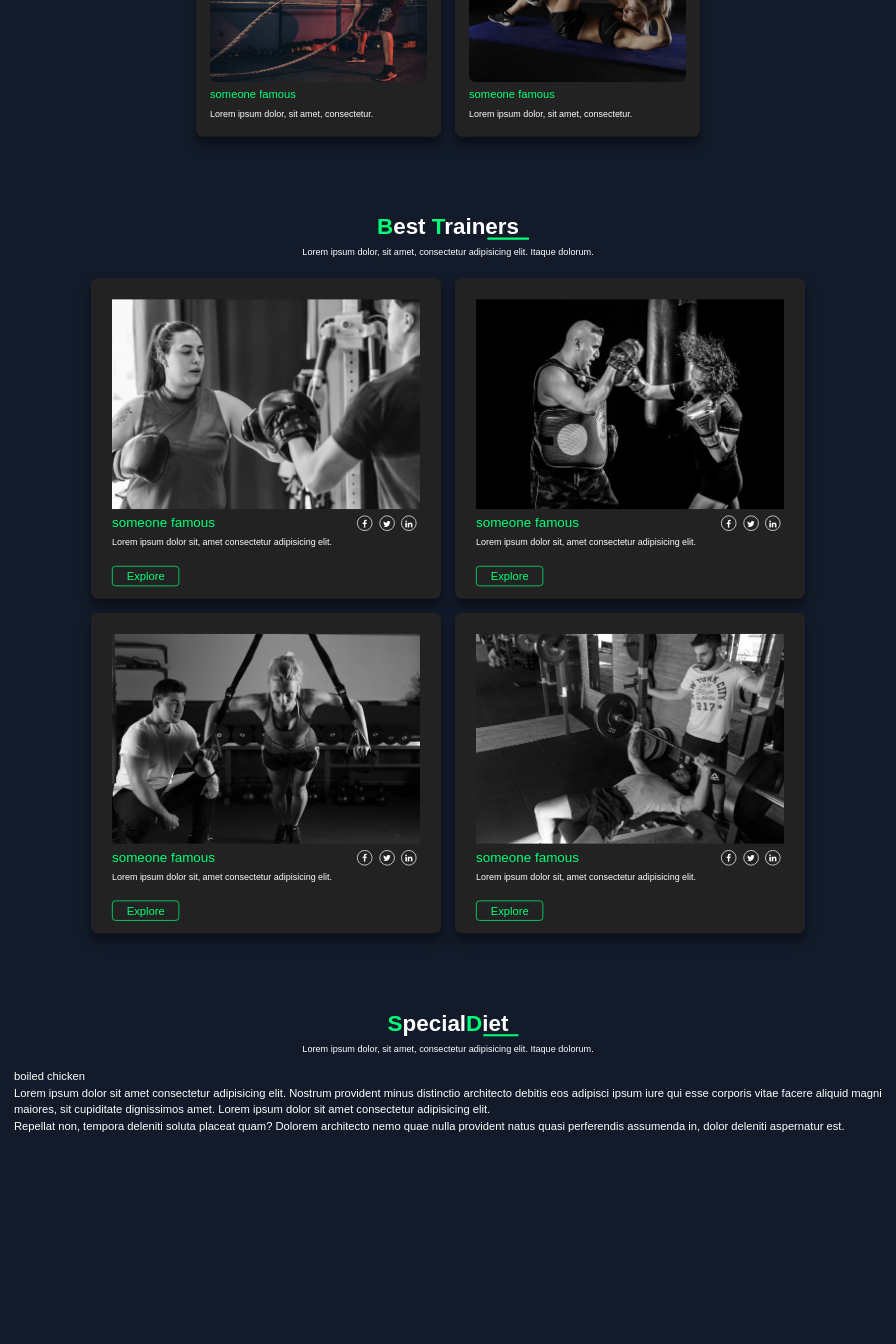
Repository: guilhermecardoso93/fitapex
Page: index.html
An editor plug-in stored every save of this project. The page is shown before and after the next save, followed by the edit.
The browser window is 1280 px wide. The pictures show the part of the page from y = 2258 to 4178 px (the page is 4178 px tall), at 70% of full size.

Above is the page before, as saved 2023-03-07 21:14:30.

### index.html
<!DOCTYPE html>
<html lang="pr-BR">
  <head>
    <meta charset="UTF-8" />
    <meta http-equiv="X-UA-Compatible" content="IE=edge" />
    <meta name="viewport" content="width=device-width, initial-scale=1.0" />
    <link rel="stylesheet" href="styles.css" />
    <link
      rel="stylesheet"
      href="https://cdnjs.cloudflare.com/ajax/libs/font-awesome/4.7.0/css/font-awesome.css"
      />
    <title>F.A GYM</title>
  </head>
  <body>
    <div class="navbar">
      <a href="#" class="logo">F<b>A</b>.</a>
      <ol>
        <li>
          <a href="#home">home</a>
        </li>
        <li>
          <a href="#about">about</a>
        </li>
        <li>
          <a href="#workout">workout</a>
        </li>
        <li>
          <a href="#trainers">trainers</a>
        </li>
        <li>
          <a href="#diet">diet</a>
        </li>
        <li>
          <a href="#contact">contact</a>
        </li>
        <li>
          <a href="#home">home</a>
        </li>
      </ol>
    </div>

    <section id="home" class="home view">
      <div class="highlights">
        <h3>feel the power with</h3>
        <h1><b>FIT</b>APEX</h1>
        <br />
        <p class="tagline">
          Lorem ipsum dolor sit amet, consectetur adipisicing elit. Totam facere
          iure recusandae? Similique, doloribus voluptatibus? Repudiandae aut
          eius mollitia exercitationem beatae eveniet expedita. Ipsa, expedita
          ipsum ipsam magnam illo quae.
        </p>
        <button class="join">join now</button>
      </div>
      <div class="banner" />
      </section>

      <section id="about" class="about view">
        <div class="main">
          <h2><span>A</span>bout Us</h2>
          <h6>
            Lorem ipsum dolor, sit amet, consectetur adipisicing elit. Itaque
            dolorum.
          </h6>
        </div>
        <div class="content">
          <div class="cols">
            <p>
              <b>L</b>orem ipsum dolor sit amet consectetur adipisicing elit.
              Consectetur non facere inventore maiores corrupti. Temporibus
              facere
              doloribus error quia, veniam alias perspiciatis accusantium, et
              asperiores pariatur iusto minus iure recusandae. Lorem ipsum,
              dolor
              sit amet consectetur adipisicing elit. Quas enim voluptate ipsum
              dolorem perferendis recusandae, quasi error illum nisi. Quod
              facilis
              necessitatibus libero perferendis voluptatum quibusdam expedita,
              maxime ab incidunt!
            </p>
            <a href="#">more</a>
          </div>
          <div class="cols">
            <div class="box">
              <img src="./assets/about.jpg" alt="" />
            </div>
          </div>
        </div>
      </section>

      <section id="workout" class="workout view">
        <div class="main">
          <h2><span>W</span>orkout</h2>
          <h6>
            Lorem ipsum dolor, sit amet, consectetur adipisicing elit. Itaque
            dolorum.
          </h6>
        </div>
        <div class="content">
          <div class="frame">
            <div class="box">
              <img src="./assets/workout1.jpg" alt="" />
            </div>
            <div class="title">someone famous</div>
            <p>Lorem ipsum dolor, sit amet, consectetur.</p>
          </div>
          <div class="frame">
            <div class="box">
              <img src="./assets/workout2.jpg" alt="" />
            </div>
            <div class="title">someone famous</div>
            <p>Lorem ipsum dolor, sit amet, consectetur.</p>
          </div>
          <div class="frame">
            <div class="box">
              <img src="./assets/workout3.jpg" alt="" />
            </div>
            <div class="title">someone famous</div>
            <p>Lorem ipsum dolor, sit amet, consectetur.</p>
          </div>
          <div class="frame">
            <div class="box">
              <img src="./assets/workout4.jpg" alt="" />
            </div>
            <div class="title">someone famous</div>
            <p>Lorem ipsum dolor, sit amet, consectetur.</p>
          </div>
          <div class="frame">
            <div class="box">
              <img src="./assets/workout5.jpg" alt="" />
            </div>
            <div class="title">someone famous</div>
            <p>Lorem ipsum dolor, sit amet, consectetur.</p>
          </div>
          <div class="frame">
            <div class="box">
              <img src="./assets/workout6.jpg" alt="" />
            </div>
            <div class="title">someone famous</div>
            <p>Lorem ipsum dolor, sit amet, consectetur.</p>
          </div>
        </div>
      </section>

      <section id="trainers" class="trainers view">
        <div class="main">
          <h2><span>B</span>est<span> T</span>rainers</h2>
          <h6>
            Lorem ipsum dolor, sit amet, consectetur adipisicing elit. Itaque
            dolorum.
          </h6>
        </div>
        <div class="content">
          <div class="frame">
            <div class="box">
              <img src="./assets/trainer1.jpg" alt="" />
            </div>
            <div class="headline">
              <div class="title">someone famous</div>
              <div class="icons">
                <i class="fa fa-facebook"></i>
                <i class="fa fa-twitter"></i>
                <i class="fa fa-linkedin"></i>
              </div>
            </div>
            <p>Lorem ipsum dolor sit, amet consectetur adipisicing elit.</p>
            <a href="">Explore</a>
          </div>
          <div class="frame">
            <div class="box">
              <img src="./assets/trainer2.jpg" alt="" />
            </div>
            <div class="headline">
              <div class="title">someone famous</div>
              <div class="icons">
                <i class="fa fa-facebook"></i>
                <i class="fa fa-twitter"></i>
                <i class="fa fa-linkedin"></i>
              </div>
            </div>
            <p>Lorem ipsum dolor sit, amet consectetur adipisicing elit.</p>
            <a href="">Explore</a>
          </div>
          <div class="frame">
            <div class="box">
              <img src="./assets/trainer3.jpg" alt="" />
            </div>
            <div class="headline">
              <div class="title">someone famous</div>
              <div class="icons">
                <i class="fa fa-facebook"></i>
                <i class="fa fa-twitter"></i>
                <i class="fa fa-linkedin"></i>
              </div>
            </div>
            <p>Lorem ipsum dolor sit, amet consectetur adipisicing elit.</p>
            <a href="">Explore</a>
          </div>
          <div class="frame">
            <div class="box">
              <img src="./assets/trainer4.jpg" alt="" />
            </div>
            <div class="headline">
              <div class="title">someone famous</div>
              <div class="icons">
                <i class="fa fa-facebook"></i>
                <i class="fa fa-twitter"></i>
                <i class="fa fa-linkedin"></i>
              </div>
            </div>
            <p>Lorem ipsum dolor sit, amet consectetur adipisicing elit.</p>
            <a href="">Explore</a>
          </div>
        </div>
      </section>

      <section id="diet" class="diet view">
        <div class="main">
          <h2><span>S</span>pecial<span>D</span>iet</h2>
          <h6>
            Lorem ipsum dolor, sit amet, consectetur adipisicing elit. Itaque
            dolorum.
          </h6>
        </div>
        <div class="content">
          <div class="row">
            <div class="cols">
              <div class="heading">
                boiled chicken
              </div>
              <p>
                Lorem ipsum dolor sit amet consectetur adipisicing elit.
                Nostrum provident minus distinctio architecto debitis eos
                adipisci ipsum iure qui esse corporis vitae facere aliquid magni
                maiores, sit cupiditate dignissimos amet. Lorem ipsum dolor sit
                amet consectetur adipisicing elit. <br> Repellat non, tempora
                deleniti soluta placeat quam? Dolorem architecto nemo quae nulla
                provident natus quasi perferendis assumenda in, dolor deleniti
                aspernatur est.
              </p>
            </div>
            <div class="cols">
              <div class="boxes">
                <img src="" alt="">
              </div>
            </div>
          </div>
        </div>
      </section>
    </body>
  </html>

### styles.css
@import url("https://fonts.googleapis.com/css2?family=Poppins:wght@400;500&display=swap");

@import "./css/_navbar.css";
@import "./css/_home.css";
@import "./css/_about.css";
@import "./css/_workout.css";
@import "./css/_trainers.css";

* {
  margin: 0;
  padding: 0;
  box-sizing: border-box;
  font-family: "Poppisns", sans-serif;
  outline: none;
  color: #fff;
  scroll-behavior: smooth;
}

:root {
  --prime: #00ff79;
}

body {
  background-color: #131b2b;
}

.view {
  width: 100%;
  min-height: 80vh;
  position: relative;
}

### css/_navbar.css

.navbar {
  width: 100%;
  display: flex;
  position: fixed;
  padding: 30px 120px;
  background-color: transparent;
  justify-content: space-between;
  z-index: 1111;
  transition: 0.5s ease;
}

.logo {
  font-size: 2.8em;
  font-weight: 800;
  letter-spacing: 2px;
  text-transform: uppercase;
  text-decoration: none;
}

.logo B{
  color: var(--prime);
}

ol {
  display: flex;
  margin: auto 0;
}

ol li {
  list-style: none;
  margin-left: 20px;
}

ol li a {
  font-size: 20px;
  font-weight:500;
  text-transform: uppercase;
  text-decoration: none;
}

ol li:hover a {
  color: var(--prime);
}

### css/_home.css
.home {
  display: flex;
  min-height: 120vh;
  align-items: center;
  justify-content: center;
  clip-path: polygon(0 0, 100% 0, 100% 100%, 80% 95%, 0 100%);
}

.banner {
  height: 100%;
  width: 100%;
  position: absolute;
  background: url("../assets/banner.jpg");
  background-size: cover;
  background-position: center;
  filter: brightness(40%);
}

.highlights {
  width: 50%;
  position: relative;
  display: inline-block;
  justify-content: center;
  z-index: 11;
}

.highlights h3 {
  display: inline;
  font-size: 2vw;
  padding: 5px 20px;
  font-weight: lighter;
  text-transform: capitalize;
  border-left: 6px solid var(--prime);
}

.highlights h1 {
  font-size: 9vw;
  text-align: center;
  font-weight: normal;
}

.highlights b {
  color: var(--prime);
  font-weight: 800;
  font-family: sans-serif;
}

.highlights .tagline {
  color: #d7d7d7;
  font-size: 1.2vw;
  text-align: center;
  font-weight: normal;
  line-height: 32px;
}

.highlights .join {
  position: absolute;
  left: 40%;
  margin-top: 1.2rem;
  padding: 5px 20px;

  transform: tanslateX(-500%);
  font-weight: 800;
  font-size: 1.5vw;
  text-transform: uppercase;

  color: var(--prime);
  border: 2px solid var(--prime);
  border-radius: 50px;
  background: transparent;

  transition: 0.3s ease;
}

.highlights .join:hover {
  color: #fff;
  cursor: pointer;
  letter-spacing: 1.5px;
  background: var(--prime);
}

### css/_about.css
.main {
  width: 100%;
  text-align: center;
  padding-bottom: 20px;
  -webkit-font-smoothing: antialiased;
  -moz-osx-font-smoothing: grayscale;

}

.main h2 {
  font-size: 2.5vw;
  position: relative;
  text-align: center;
  padding-top: 100px;
  display: inline-block;
}

span {
  color: var(--prime);
}

.main h2:before {
  position: absolute;
  content: "";
  background: var(--prime);
  height: 3px;
  width: 30%;
  right: -15px;
  bottom: 0;
  border-radius: 50px;
}

.main h6 {
  margin-top: 10px;
  font-size: 13px;
  font-family: sans-serif;
  font-weight: lighter;
}

.content {
  position: relative;
  display: flex;
  width: 100%;
  padding: 0 20px;
  justify-content: center;
  line-height: 1.5em;
}

.about .content .cols {
  position: relative;
  width: 100%;
  height: 100%;
  padding: 0px 40px;
}

.about .content .cols p b {
  font-size: 24px;
  margin-right: 2px;
  line-height: 2;
}

.about .content .cols a {
  position: relative;
  top: 20px;
  color: #fff;
  background-color: var(--prime);
  padding: 5px 20px;
  border-radius: 5px;
  text-decoration: none;
  text-weight: 500;
  text-transform: capitalize;
}

.about .content .cols a:hover {
  color: #000;
  background: #fff;
}

.about .content .cols .box {
  position: relative;
  height: 570px;
  box-shadow: 0 10px 10px rgba(0, 0, 0, 0.5);
  border-radius: 10px;
}

.about .content .cols .box img {
  position: absolute;
  top: 0;
  left: 0;
  height: 100%;
  width: 100%;
  object-fit: cover;
  border-radius: 10px;
}

### css/_workout.css
.workout .content {
  flex-wrap: wrap;
  max-width: 80%;
  margin: 0 auto;
}

.workout .content .frame {
  position: relative;
  width: 350px;
  padding: 20px;
  margin: 10px;
  background: #222;
  box-shadow: 0 10px 15px rgba(0,0,0,0.5);
  border-radius: 10px;

}

.workout .content .frame .box {
  position: relative;
  height: 200px;
  width: 100%;
  overflow: hidden;
  border-radius: 10px;
}

.workout .content .frame .box img {
  position: absolute;
  height: 100%;
  width: 100%;
  object-fit: cover;
  filter: brightness(80%);
  transition: 0.2s ease-in ;
}

.workout .content .frame .box:hover img {
  filter: brightness(100%);
  transform: scale(1.08) ;
}

.workout .content .frame .title {
  color: var(--prime);
  padding: 5px 0;
}

.workout .content .frame p {
  font-size: 0.8rem;
}

### css/_trainers.css
.trainers .content {
  flex-wrap: wrap;
}

.trainers .content .frame {
  position: relative;
  border-radius: 10px;
  width: 500px;
  padding: 30px 30px 40px 30px;
  box-shadow: 0 10px 15px rgba(0, 0, 0, 0.5);
  margin: 10px;
  background: #222;
}

.trainers .content .frame .box {
  position: relative;
  height: 300px;
  width: 100%;
  overflow: hidden;
}

.trainers .content .frame .box img {
  position: absolute;
  height: 100%;
  width: 100%;
  object-fit: cover;
  filter: grayscale(1);
  transtion: 0.2s ease-in;
}

.trainers .content .frame .box:hover img {
  filter: grayscale(0);
  transform: scale(1.08);
}

.trainers .content .frame .headline {
  display: flex;
  align-items: center;
  justify-content: space-between;
  margin: 8px 0;
}

.trainers .content .frame .headline i {
  height: 22px;
  width: 22px;
  border: 1.5px solid #fff;
  border-radius: 50%;
  text-align: center;
  font-size: 12px;
  margin-right: 5px;
  cursor: pointer;
  line-height: 22px;
}

.trainers .content .frame .headline i:hover {
  border: 1.5px solid var(--prime);
  background: var(--prime);
}

.trainers .content .frame .headline .title {
  color: var(--prime);
  font-size: 1.2em;
}

.trainers .content .frame p {
  font-size: 0.8em;
  position: relative;
  bottom: 5px;
}

.trainers .content .frame a {
  top: 20px;
  color: var(--prime);
  background: transparent;
  padding: 5px 20px;
  border: 1.5px solid var(--prime);
  border-radius: 5px;
  text-decoration: none;
  position: relative;
  text-transform: capitalize;
  transition: 0.2s ease;
}

.trainers .content .frame a:hover {
  color: #fff;
  background: var(--prime);
}

### css/_diet.css
.diet .content .row {
  display: flex;
  postition: relative;
  width: 100%;
  padding: 20px 0;
  justify-content: center;
}

After the next save:
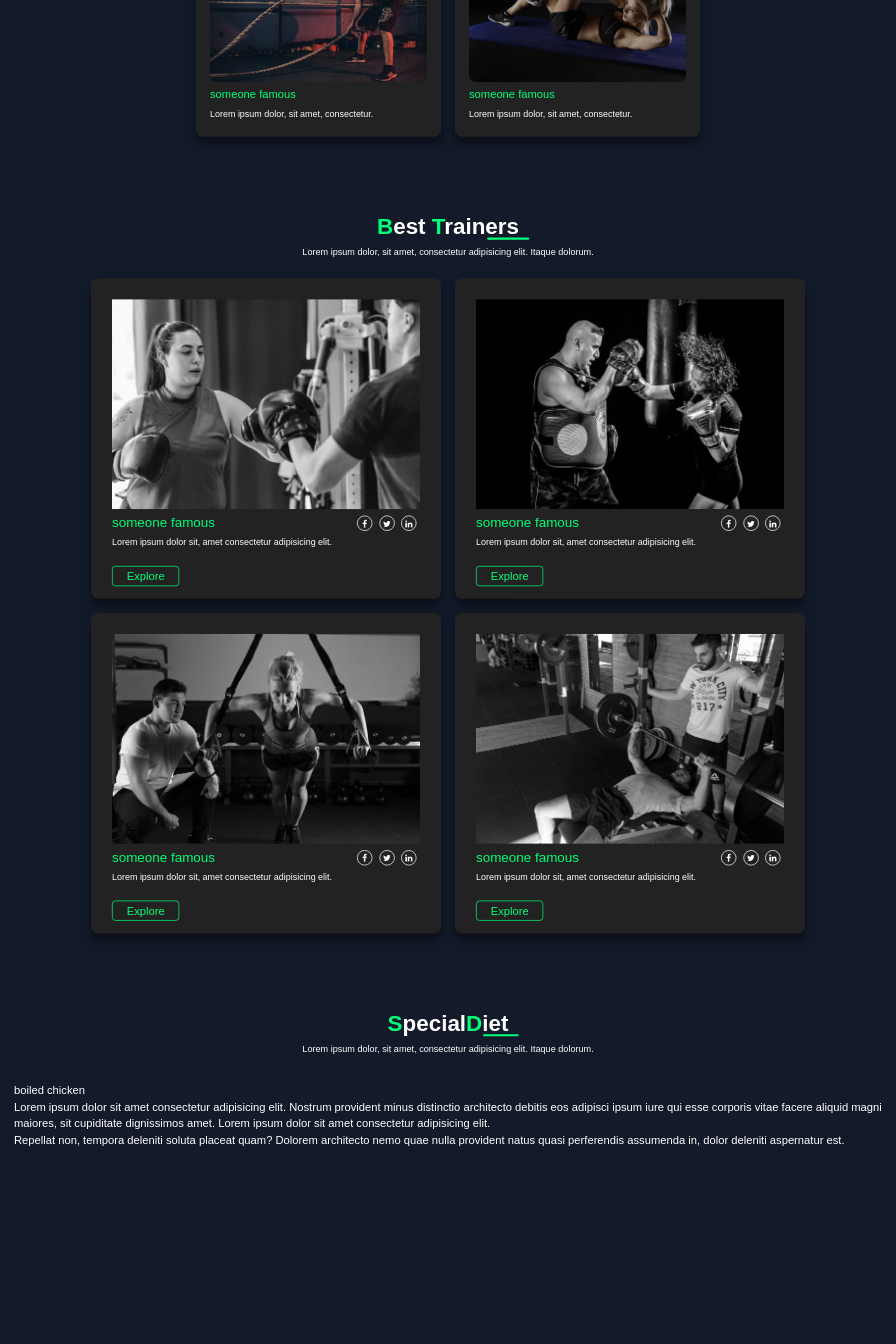
Saved 16 s later.
--- a/styles.css
+++ b/styles.css
@@ -5,6 +5,7 @@
 @import "./css/_about.css";
 @import "./css/_workout.css";
 @import "./css/_trainers.css";
+@import "./css/_diet.css";
 
 * {
   margin: 0;
